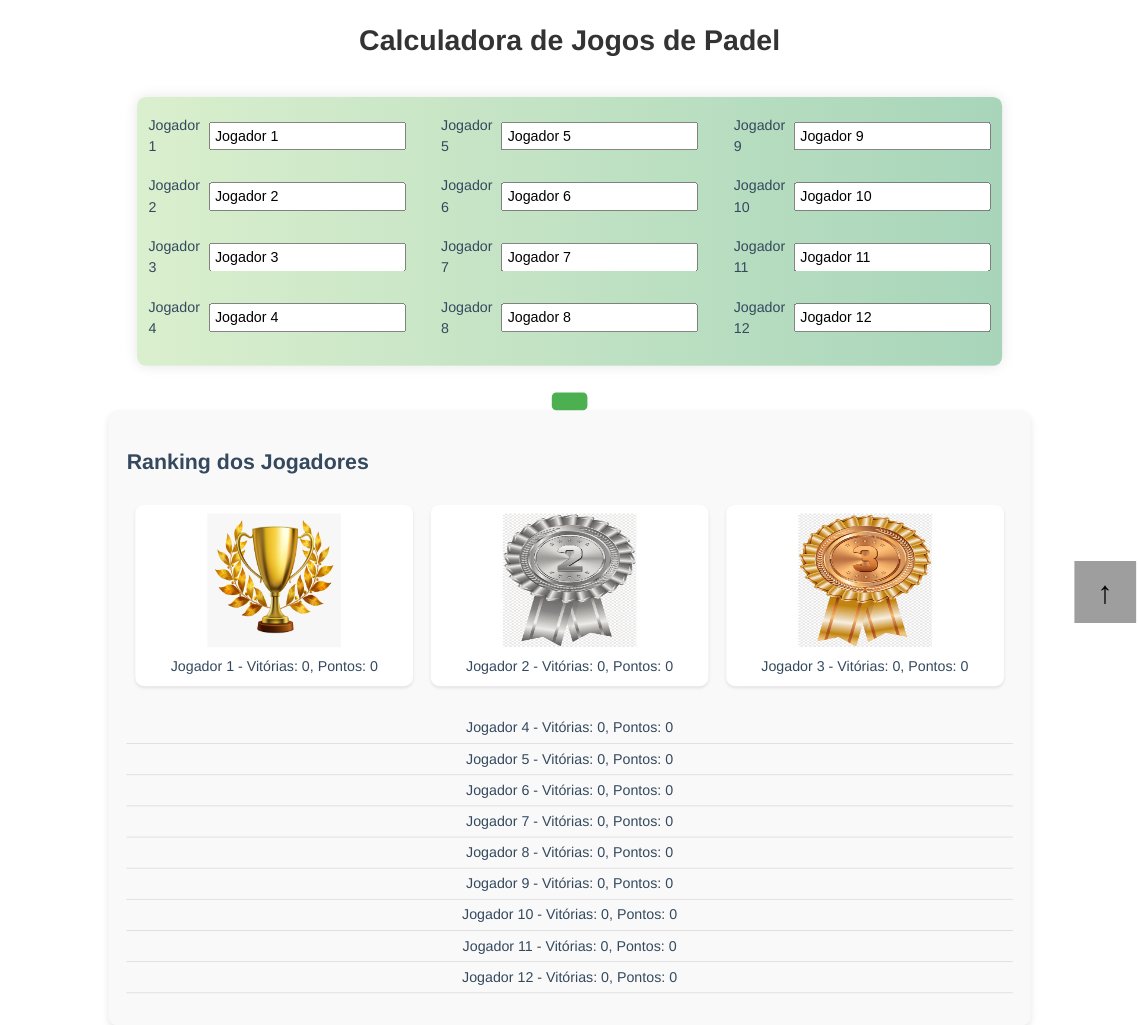
Repository: MarcioMiguel22/PadelMaster
Page: /calculadora
The author's editor kept a copy of each file at every save. The page is drawn from the files as they stood at one save, then again after the next save.
The browser window is 1280 px wide. The pictures show the whole page, at 89% of full size.
Pictures or frames that could not be fetched are drawn as grey boxes. The project was rebuilt for these pictures with package versions that can differ from the ones it lists, and the page was loaded fresh each time. Also part of the build but not shown: vite.config.ts, src/pages/Home/Home.tsx, src/components/components_calculadora/Campo.tsx, src/components/components_calculadora/Jogo.tsx, src/pages/Player/playerComponent.tsx, src/index.css.

Above is the page before, as saved 2024-06-16 09:39:11.

After the next save:
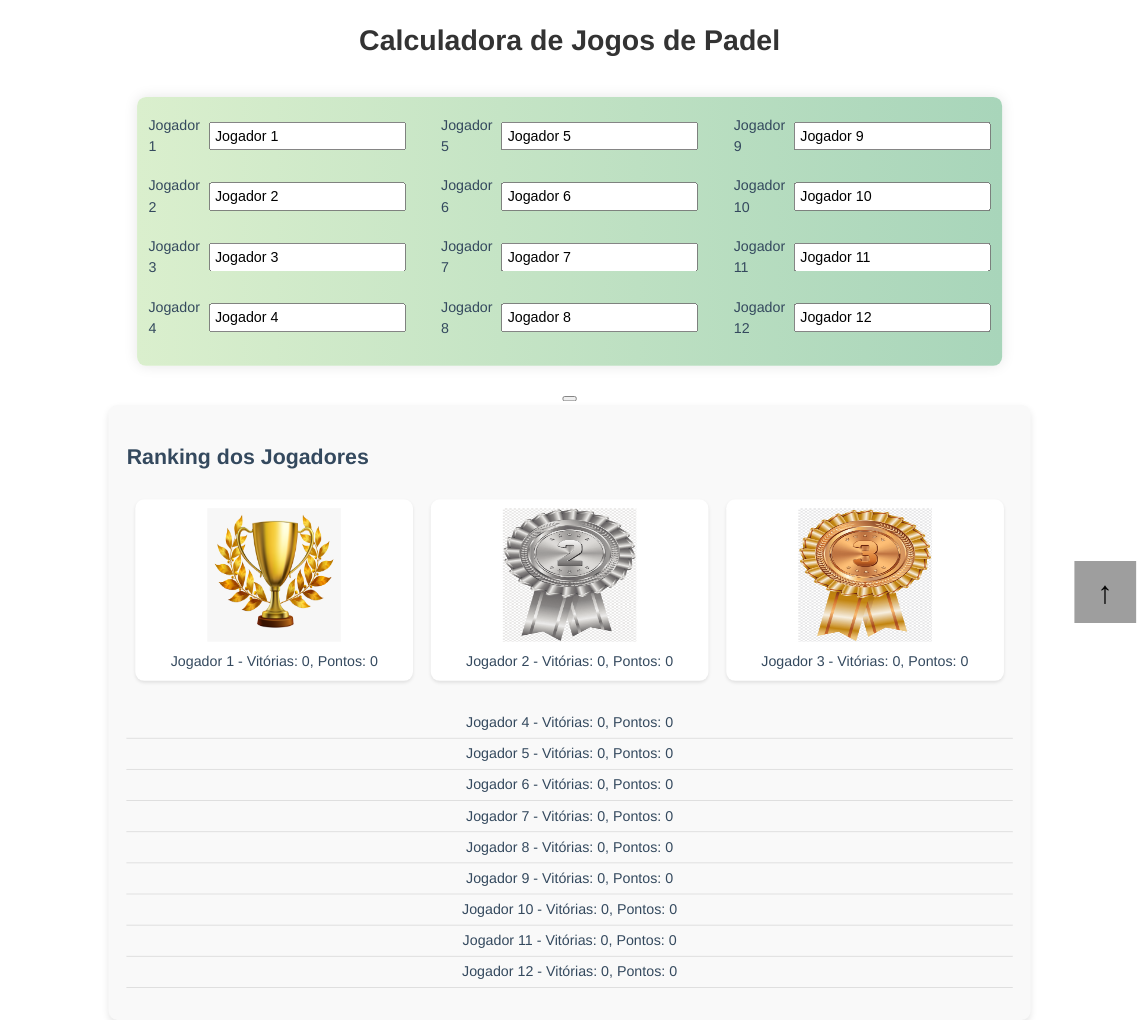
Saved 2 min 5 s later.
--- a/src/pages/Calculadora/Calculadora.css
+++ b/src/pages/Calculadora/Calculadora.css
@@ -53,7 +53,7 @@
   border-radius: 5px;
 }
 
-.distribute-button, .scroll-to-top {
+.scroll-to-top {
   background-color: #4CAF50;
   color: white;
   padding: 10px 20px;
